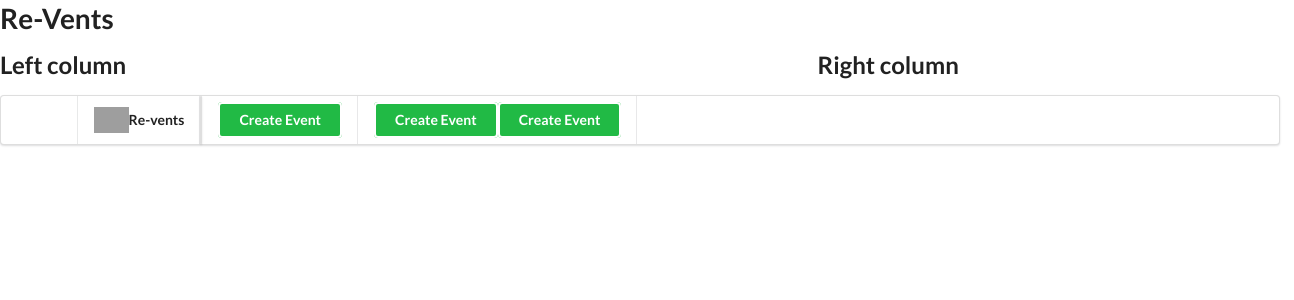
Repository: Preranabaruah/react-semantic-ui
Page: /
These files come from the project's save history. The page is drawn as it stood at one moment and after the next save; the edit follows.
The browser window is 1280 px wide. The page is 1294 px wide, so the pictures cover 1294 px, including what lies to the right of the window. The pictures show the whole page.
Pictures or frames that could not be fetched are drawn as grey boxes. The project was rebuilt for these pictures with package versions that can differ from the ones it lists, and the page was loaded fresh each time. Also part of the build but not shown: vite.config.ts.

Above is the page before, as saved 2023-09-08 13:10:48.

### index.html
<!doctype html>
<html lang="en">
  <head>
    <meta charset="UTF-8" />
    <link rel="icon" type="image/svg+xml" href="/vite.svg" />
    <meta name="viewport" content="width=device-width, initial-scale=1.0" />
    <title>Re-vents</title>
  </head>
  <body>
    <div id="root"></div>
    <script type="module" src="/src/index.tsx"></script>
  </body>
</html>

### src/index.tsx
import React from "react";
import ReactDOM from "react-dom/client";
import App from "./App.tsx";
import "semantic-ui-css/semantic.min.css";
ReactDOM.createRoot(document.getElementById("root")!).render(
  <React.StrictMode>
    <App />
  </React.StrictMode>
);

### src/App.tsx
import EventDashboard from "./features/events/event-dashboard";
import NavBar from "./features/nav-bar";

function App() {
  return (
    <>
      <div>
        <h1>Re-Vents</h1>
        <EventDashboard />
        <NavBar />
      </div>
    </>
  );
}

export default App;

### src/features/events/event-dashboard/index.tsx
import { Grid } from "semantic-ui-react";
const EventDashboard = () => {
  return (
    <>
      <Grid>
        <Grid.Column width={10}>
          <h2>Left column</h2>
        </Grid.Column>
        <Grid.Column width={6}>
          <h2>Right column</h2>
        </Grid.Column>
      </Grid>
    </>
  );
};

export default EventDashboard;

### src/features/nav-bar/index.tsx
import { Menu, Container, Button } from "semantic-ui-react";

const NavBar = () => {
  return (
    <>
      <Menu inverted-fixed="top">
        <Container>
          <Menu.Item header>
            <img src="/src/assets/react.svg" />
            Re-vents
          </Menu.Item>
          <Menu name="events" />
          <Menu.Item>
            <Button positive inverted content="Create Event" />
          </Menu.Item>
          <Menu.Item>
            <Button positive inverted content="Create Event" />
            <Button positive inverted content="Create Event" />
          </Menu.Item>
        </Container>
      </Menu>
    </>
  );
};

export default NavBar;

After the next save:
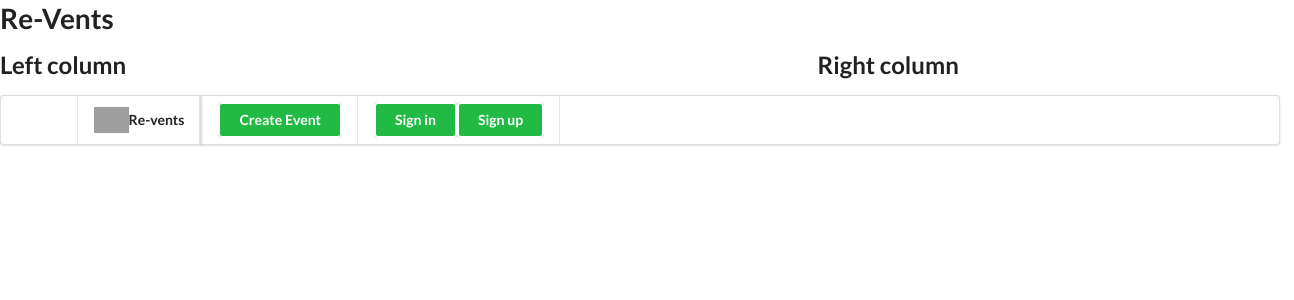
Saved 20 s later.
--- a/src/features/nav-bar/index.tsx
+++ b/src/features/nav-bar/index.tsx
@@ -14,8 +14,8 @@ const NavBar = () => {
             <Button positive inverted content="Create Event" />
           </Menu.Item>
           <Menu.Item>
-            <Button positive inverted content="Create Event" />
-            <Button positive inverted content="Create Event" />
+            <Button positive inverted content="Sign in" />
+            <Button positive inverted content="Sign up" />
           </Menu.Item>
         </Container>
       </Menu>
